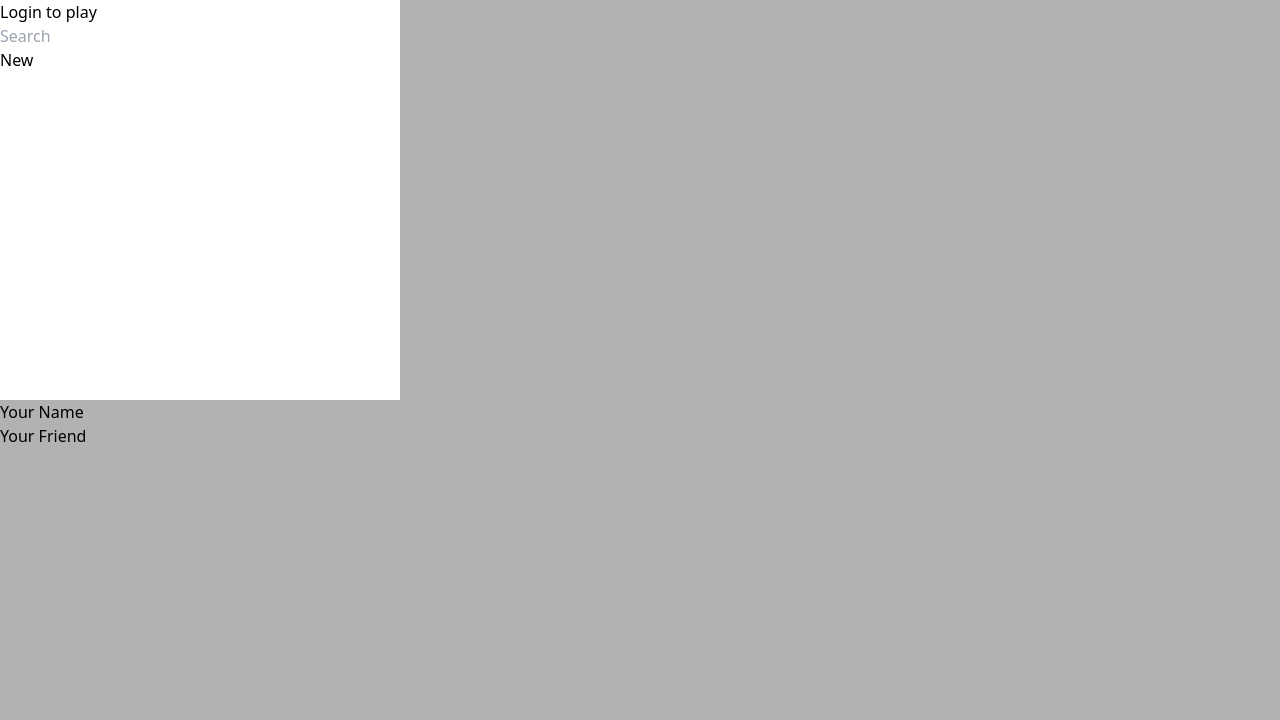
Repository: Teddy1705/demo_pj
Page: /
An editor plug-in stored every save of this project. The page is shown before and after the next save, followed by the edit.
The browser window is 1280 px wide. The pictures show the whole page.
The project was rebuilt for these pictures with package versions that can differ from the ones it lists, and the page was loaded fresh each time. Also part of the build but not shown: vite.config.js.

Above is the page before, as saved 2024-04-16 08:53:45.

After the next save:
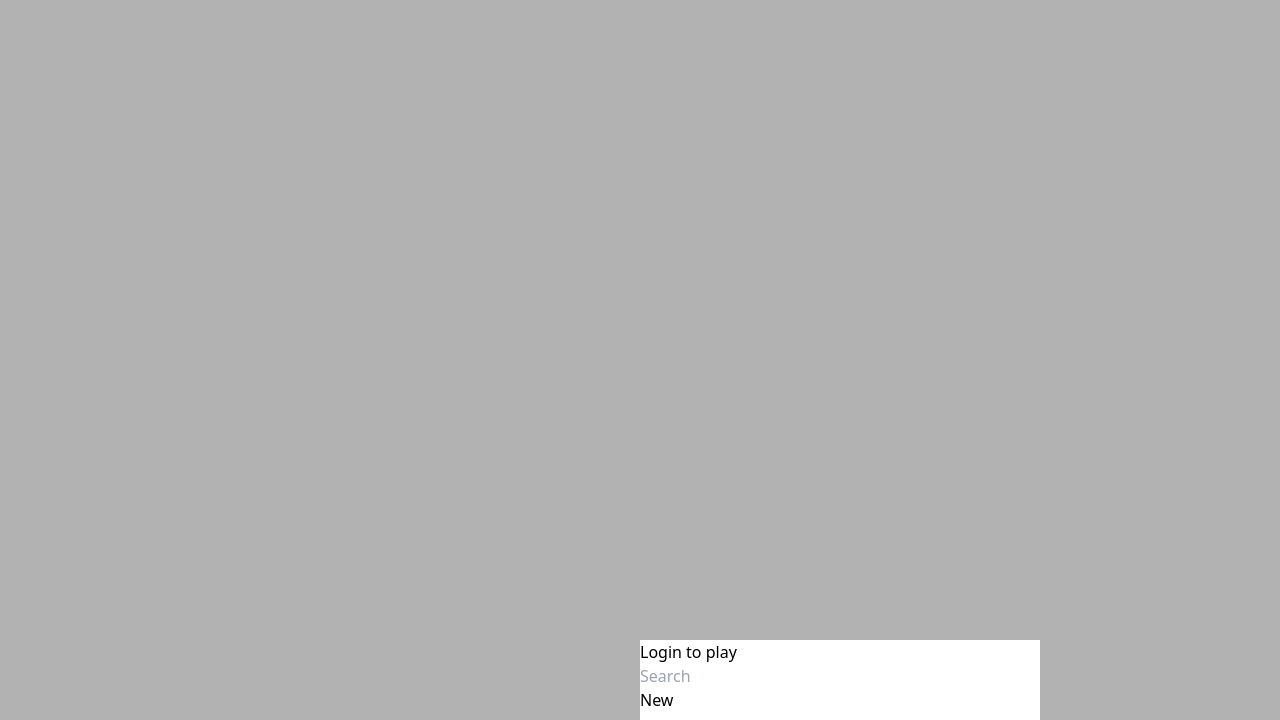
Saved 23 s later.
--- a/src/index.css
+++ b/src/index.css
@@ -578,7 +578,7 @@ video {
 #modal .modal__body {
   position: relative;
   background-color: var(--white-color);
-  margin: 0;
+  margin: 50%;
   width: 400px;
   height: 400px;
 }
